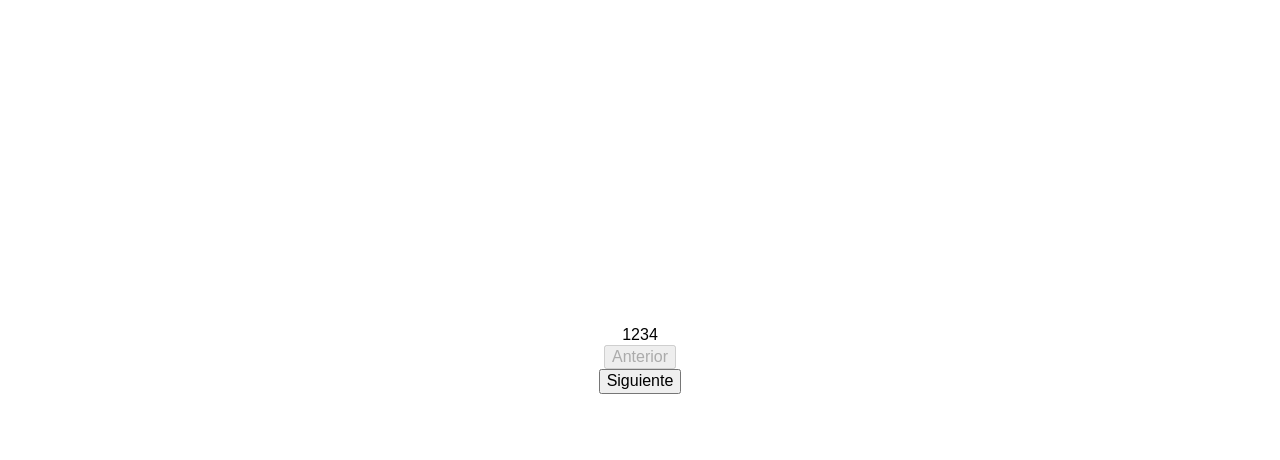
Repository: ElideZavala/Linea-de-tiempo
Page: index.html
These files come from the project's save history. The page is drawn as it stood at one moment and after the next save; the edit follows.
The browser window is 1280 px wide. The pictures show the whole page.
Some web fonts or font styles are not loaded; a fallback is used.

Above is the page before, as saved 2021-05-27 13:59:16.

### index.html
<!DOCTYPE html>
<html lang="en">
<head>
	<meta charset="UTF-8">
	<meta http-equiv="X-UA-Compatible" content="IE=edge">
	<meta name="viewport" content="width=device-width, initial-scale=1.0">
	<link rel="stylesheet" href="style.css">
	<link rel="stylesheet" href="normalize.css">
	<title>Pasos de progreso </title>
</head>
<body>
	<div class="container">
		<div class="progress-container">
			<div class="progress" id="progress"></div>
			<div class="circle active">1</div>
			<div class="circle">2</div>
			<div class="circle">3</div>
			<div class="circle">4</div>
		</div>
	</div>

	<button class="btn" id="prev" disabled>Anterior</button>
	<button class="btn" id="next">Siguiente</button>
	<script src="script.js"></script>
</body>
</html>

### style.css
/* @import url('https://fonts.googleapis.com/css2?family=Roboto:wght@400;700&display=swap'); */
@import url('https://fonts.googleapis.com/css?family=Muli&display=swap');


* {
	box-sizing: border-box;
}

body {
	font-family: 'Muli', sans-serif;
	display: flex;
	flex-direction: column;
	align-items: center;
	justify-content: center;
	height: 100vh;
	overflow: hidden;
	margin: 0;
}

.container {
	text-align: center;
}

.progress-container {
	display: flex;
	justify-content: space-between;
	position: relative;
}

Loaded but not shown: normalize.css (library); script.js (no stored copy; drawn as an empty file)

After the next save:
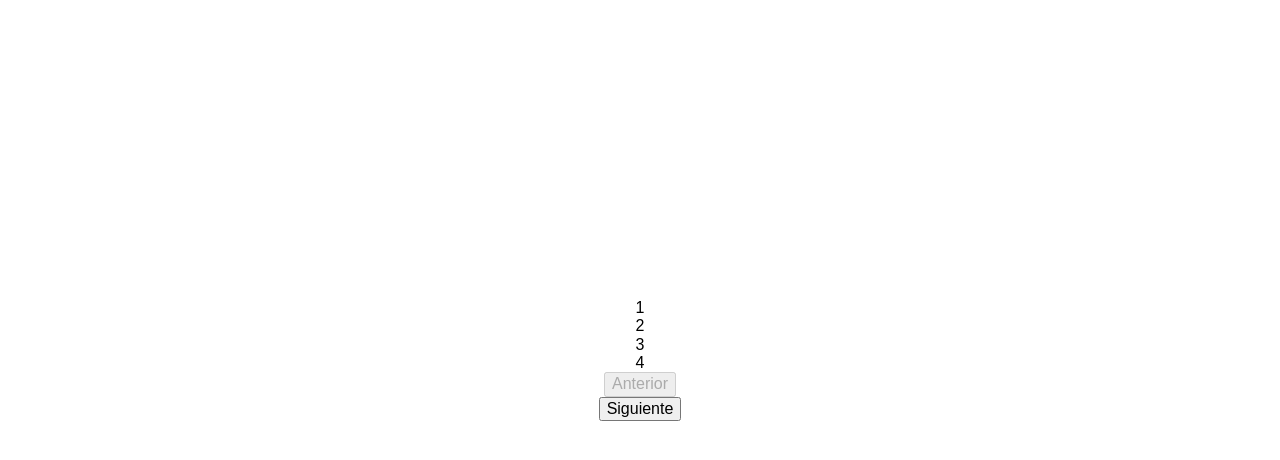
Saved 26 s later.
--- a/index.html
+++ b/index.html
@@ -11,11 +11,12 @@
 <body>
 	<div class="container">
 		<div class="progress-container">
-			<div class="progress" id="progress"></div>
-			<div class="circle active">1</div>
-			<div class="circle">2</div>
-			<div class="circle">3</div>
-			<div class="circle">4</div>
+			<div class="progress" id="progress">
+				<div class="circle active">1</div>
+				<div class="circle">2</div>
+				<div class="circle">3</div>
+				<div class="circle">4</div>
+			</div>
 		</div>
 	</div>
 

After the save that followed:
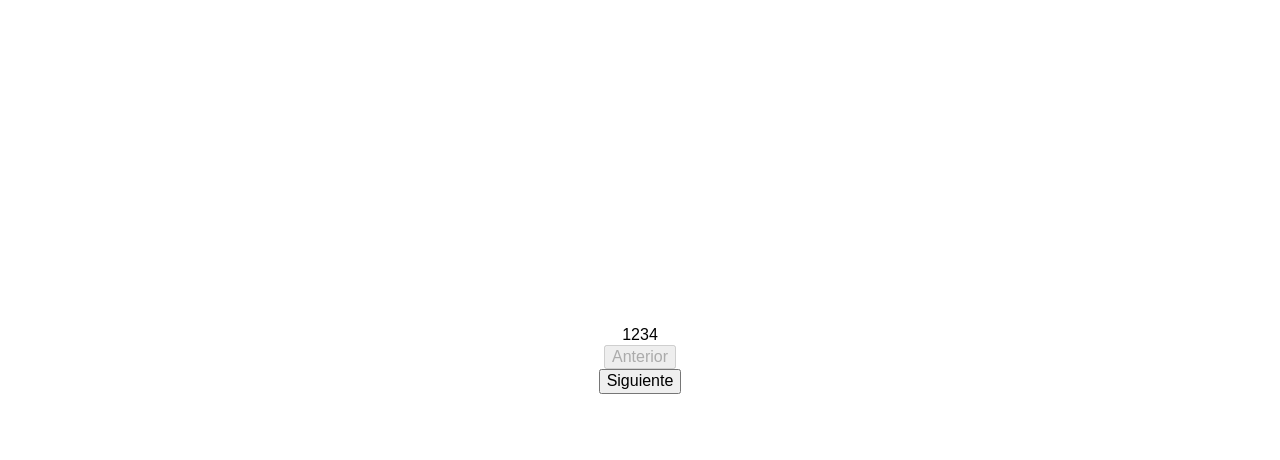
Saved 59 s later.
--- a/index.html
+++ b/index.html
@@ -11,12 +11,11 @@
 <body>
 	<div class="container">
 		<div class="progress-container">
-			<div class="progress" id="progress">
-				<div class="circle active">1</div>
-				<div class="circle">2</div>
-				<div class="circle">3</div>
-				<div class="circle">4</div>
-			</div>
+			<div class="progress" id="progress"></div>
+			<div class="circle active">1</div>
+			<div class="circle">2</div>
+			<div class="circle">3</div>
+			<div class="circle">4</div>
 		</div>
 	</div>
 
